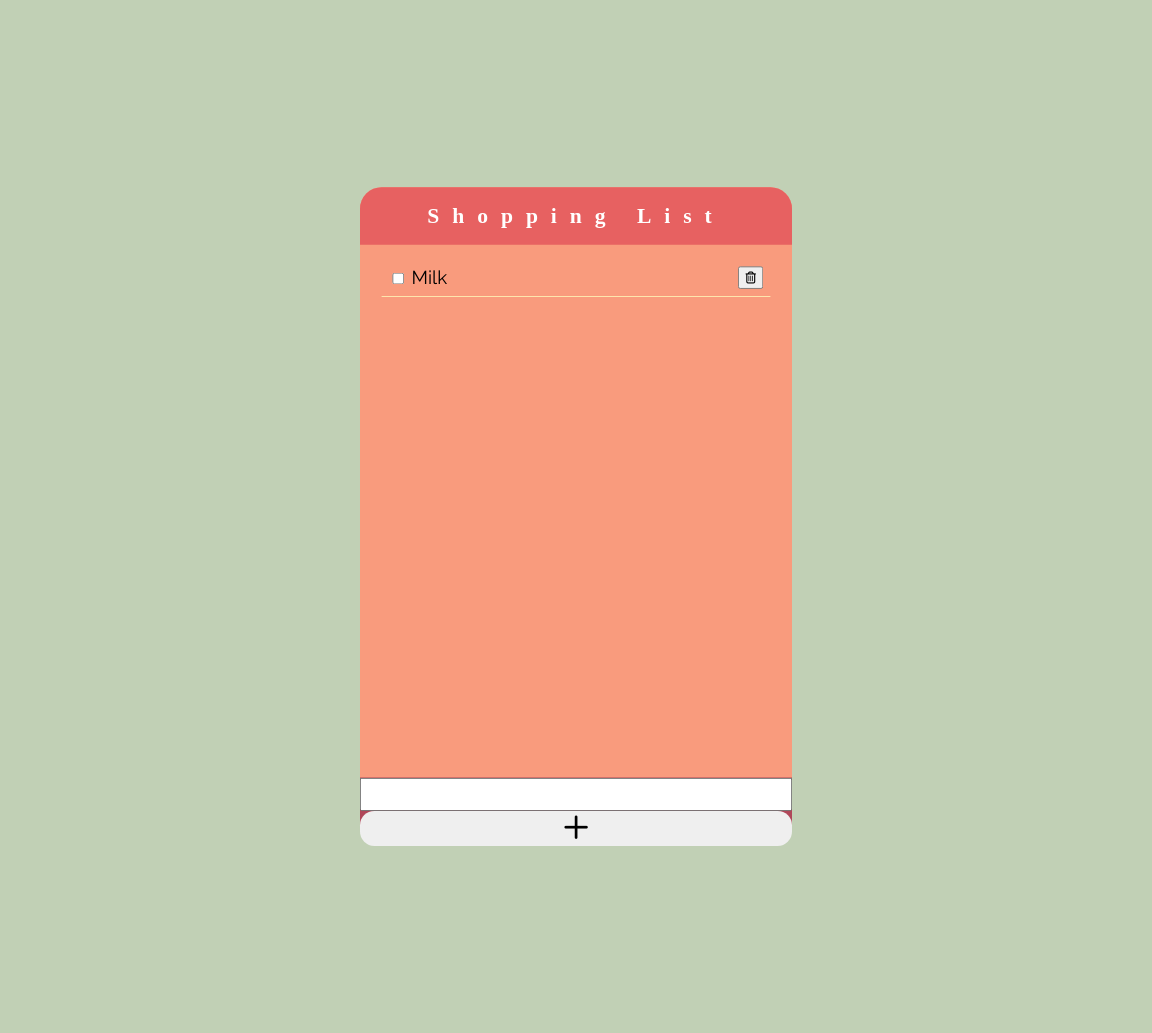
Repository: sephinejo/shopping-list-app
Page: index.html
The author's editor kept a copy of each file at every save. The page is drawn from the files as they stood at one save, then again after the next save.
The browser window is 1280 px wide. The pictures show the whole page, at 90% of full size.
Some web fonts or font styles are not loaded; a fallback is used. Some web libraries are served in a nearby version.

Above is the page before, as saved 2023-05-12 15:58:00.

### index.html
<!DOCTYPE html>
<html lang="en">
  <head>
    <meta charset="UTF-8" />
    <meta http-equiv="X-UA-Compatible" content="IE=edge" />
    <meta name="viewport" content="width=device-width, initial-scale=1.0" />
    <title>Shopping List 🛍️🛒</title>
    <link rel="preconnect" href="https://fonts.googleapis.com" />
    <link rel="preconnect" href="https://fonts.gstatic.com" crossorigin />
    <link
      href="https://fonts.googleapis.com/css2?family=Alice&family=Raleway:wght@400;600;700;800&display=swap"
      rel="stylesheet"
    />
    <script
      src="https://kit.fontawesome.com/9ac80604cb.js"
      crossorigin="anonymous"
    ></script>
    <script src="main.js" defer></script>
    <link rel="stylesheet" href="style.css" />
  </head>
  <body>
    <section class="container">
      <header class="header">Shopping List</header>
      <ul class="items">
        <li class="item__row">
          <div class="item">
            <input id="item__checkbox" name="item__checkbox" type="checkbox" />
            <label for="item__checkbox">Milk</label>
          </div>
          <button class="item__delete">
            <i class="fa-regular fa-trash-can"></i>
          </button>
        </li>
        <div class="item__divider"></div>
      </ul>
      <footer>
        <input class="input" type="text" />
        <button class="footer__add">
          <i class="fa-regular fa-plus"></i>
        </button>
      </footer>
    </section>
  </body>
</html>

### style.css
* {
  box-sizing: border-box;
}

body {
  text-align: center;
  background-color: #c1d0b5;
}

.container {
  margin: 13rem auto;
  width: 30rem;
  background-color: #f99b7d;
  border-radius: 1.5rem;
}

button {
  outline: none;
}

/* Header */
.header {
  height: 4rem;
  padding: 1.2rem;
  font-family: 'Alice';
  font-size: 1.5rem;
  font-weight: 700;
  color: white;
  letter-spacing: 0.9rem;
  background: #e76161;
  border-radius: 1.5rem 1.5rem 0 0;
}

/* Items */
.items {
  height: 35rem;
  overflow-y: auto;
  padding: 0;
}

.item__row {
  display: flex;
  justify-content: space-between;
  padding: 0.5rem 2rem;
  font-size: 1.3rem;
  font-family: 'Raleway';
  font-weight: 500;
}

.item__divider {
  width: 90%;
  height: 1px;
  background-color: #ffeeb3;
  margin: auto;
}

.item__delete {
  cursor: pointer;
}

/* Footer */
footer {
  background: #b04759;
  display: flex;
  flex-direction: column;
  border-radius: 0 0 1.5rem 1.5rem;
}

.input {
  height: 2.3rem;
  outline: none;
  font-family: 'Raleway';
  font-size: 1.3rem;
}

.footer__add {
  border-style: none;
  border-radius: 1rem;
  cursor: pointer;
  font-size: 2rem;
}

Loaded but not shown: main.js (no copy from this time; the picture is the same without it)

After the next save:
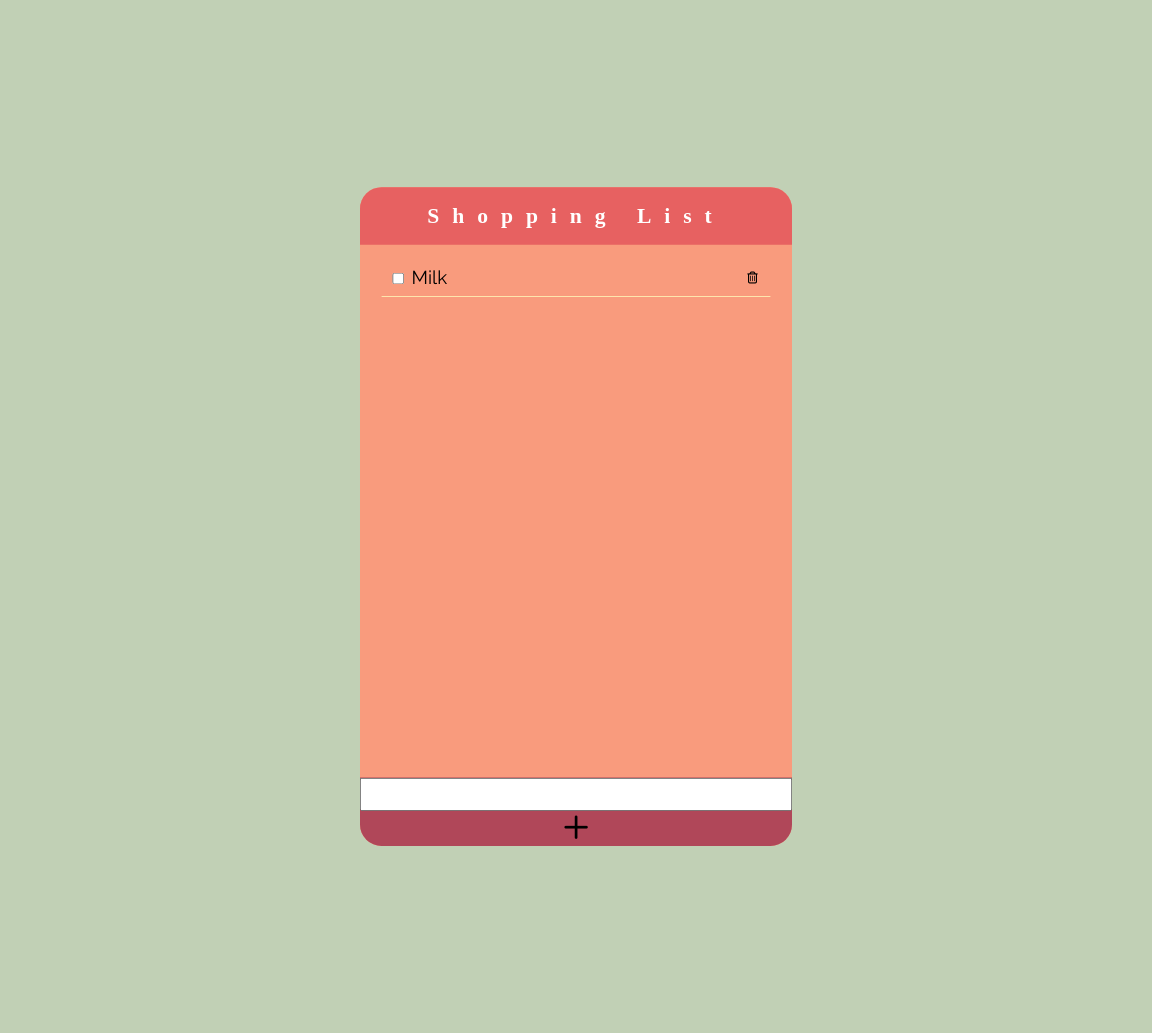
Saved 27 s later.
--- a/style.css
+++ b/style.css
@@ -16,6 +16,8 @@ body {
 
 button {
   outline: none;
+  background: transparent;
+  border: none;
 }
 
 /* Header */
